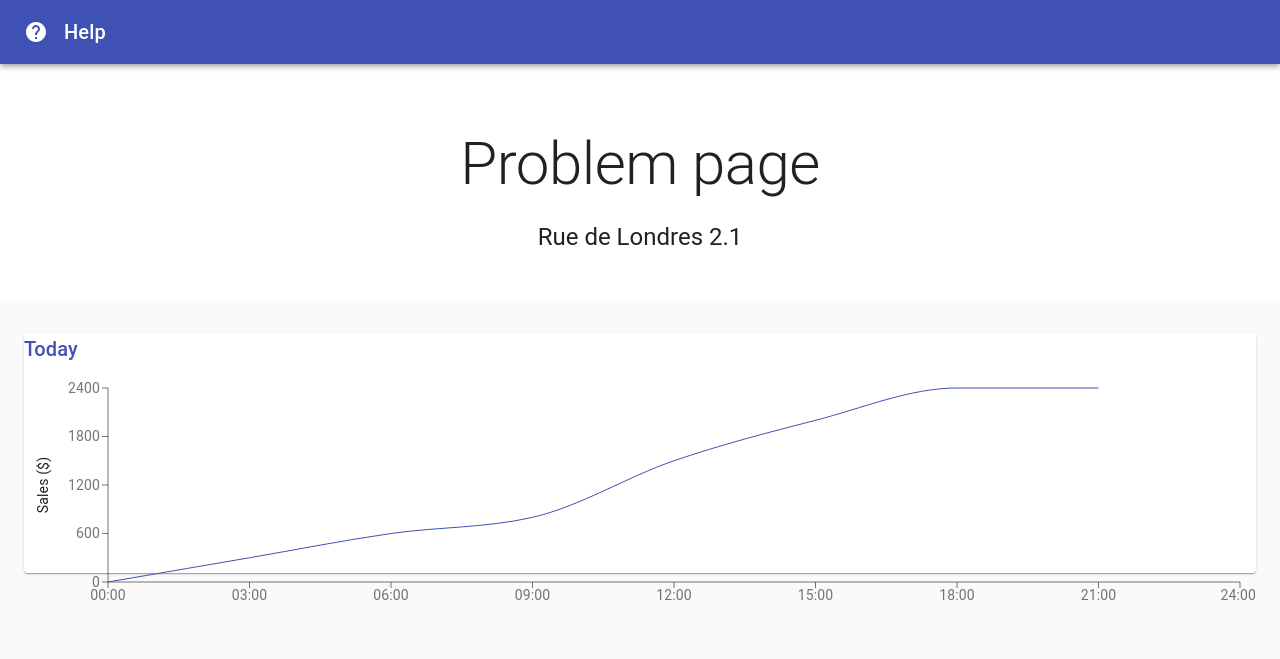
Repository: sapbrussels/intelligenthighway_webapp
Page: /Problempage (app in router/)
These files come from the project's save history. The page is drawn as it stood at one moment and after the next save; the edit follows.
The browser window is 1280 px wide. The pictures show the whole page.
The project was rebuilt for these pictures with package versions that can differ from the ones it lists, and the page was loaded fresh each time. Also part of the build but not shown: router/src/App.css, router/src/Login.js, router/src/Maps.js, router/src/Jobspage.js, router/src/Direction.js, router/src/Maintenance.js, router/src/Help.js.

Above is the page before, as saved 2020-03-31 14:54:56.

After the next save:
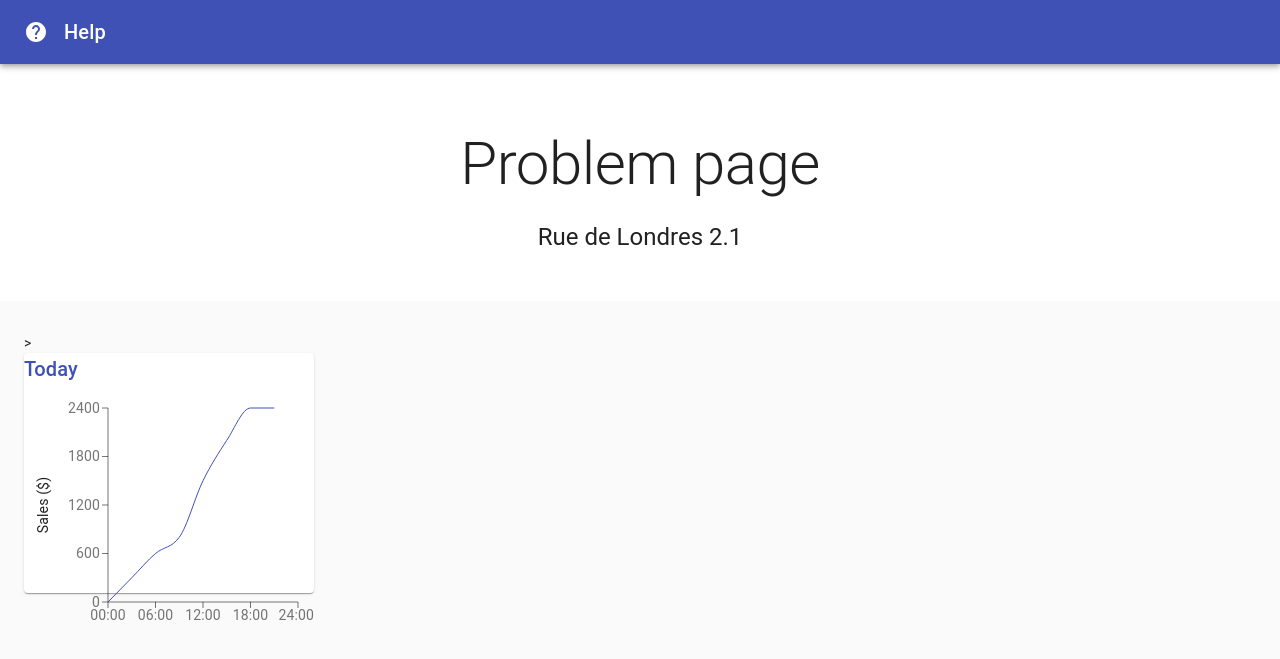
Saved 40 s later.
--- a/router/src/Problempage.js
+++ b/router/src/Problempage.js
@@ -89,7 +89,7 @@ export default function Album() {
         <div className={classes.appBarSpacer} />
         <Container maxWidth="lg" className={classes.container}> {/* lg */}
           <Grid container spacing={3}>
-          <Grid item xs={12} >
+          <Grid  item xs={12} md={4} lg={3}> >
               <Paper className={classes.paper}>
                 <Voltage />
               </Paper>
